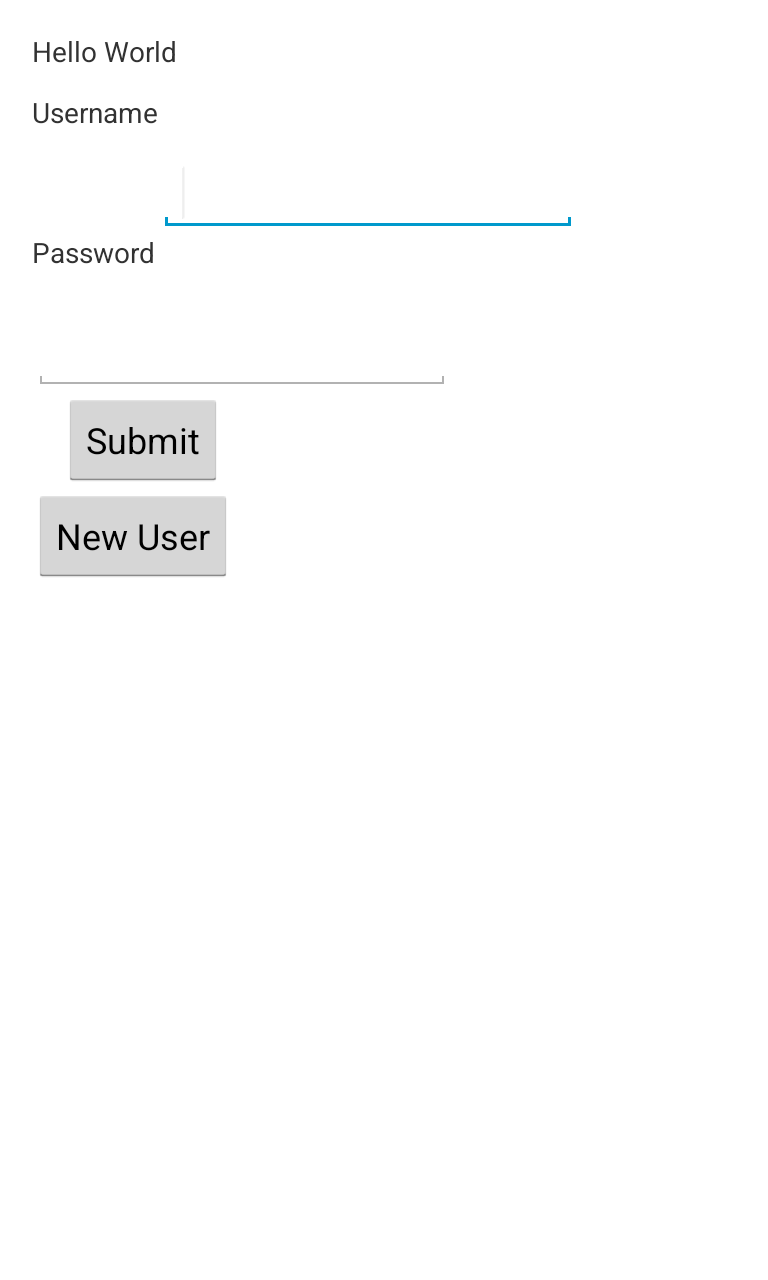
Repository: sbobra/women-startupweekend-sf
Layout: LaundryList/res/layout/activity_login.xml
An editor plug-in stored every save of this project. The layout is shown before and after a run of saves, followed by the edit.
It is drawn on a 768 x 1280 px phone screen (xhdpi) without system bars, with theme AppTheme; the app's code is not run.

Above is the layout before, as saved 2013-09-15 01:15:57.

### LaundryList/res/layout/activity_login.xml
<LinearLayout xmlns:android="http://schemas.android.com/apk/res/android"
    xmlns:tools="http://schemas.android.com/tools"
    android:layout_width="match_parent"
    android:layout_height="match_parent"
    android:orientation="vertical"
    android:paddingBottom="@dimen/activity_vertical_margin"
    android:paddingLeft="@dimen/activity_horizontal_margin"
    android:paddingRight="@dimen/activity_horizontal_margin"
    android:paddingTop="@dimen/activity_vertical_margin"
    tools:context=".LoginActivity" >

    <TextView
        android:id="@+id/textView1"
        android:layout_width="wrap_content"
        android:layout_height="wrap_content"
        android:text="@string/hello_world" />

    <LinearLayout
        android:layout_width="wrap_content"
        android:layout_height="wrap_content"
        android:orientation="horizontal" >

        <TextView
            android:id="@+id/textView2"
            android:layout_width="wrap_content"
            android:layout_height="wrap_content"
            android:text="Username" />

        <EditText
            android:id="@+id/usernameTextBox"
            android:layout_width="wrap_content"
            android:layout_height="wrap_content"
            android:layout_marginTop="42dp"
            android:ems="10"
            android:inputType="textEmailAddress" >

            <requestFocus />
        </EditText>
    </LinearLayout>

    <TextView
        android:id="@+id/textView3"
        android:layout_width="wrap_content"
        android:layout_height="wrap_content"
        android:text="Password" />

    <EditText
        android:id="@+id/passwordTextBox"
        android:layout_width="wrap_content"
        android:layout_height="wrap_content"
        android:layout_marginTop="21dp"
        android:ems="10"
        android:inputType="textPassword" />

    <Button
        android:id="@+id/loginButton"
        android:layout_width="wrap_content"
        android:layout_height="wrap_content"
        android:layout_marginLeft="15dp"
        android:text="Submit" />

    <Button
        android:id="@+id/newAcctButton"
        android:layout_width="wrap_content"
        android:layout_height="wrap_content"
        android:text="New User" />

</LinearLayout>

### LaundryList/res/values/strings.xml
<!--
  Copyright 2012 The Android Open Source Project

  Licensed under the Apache License, Version 2.0 (the "License");
  you may not use this file except in compliance with the License.
  You may obtain a copy of the License at

      http://www.apache.org/licenses/LICENSE-2.0

  Unless required by applicable law or agreed to in writing, software
  distributed under the License is distributed on an "AS IS" BASIS,
  WITHOUT WARRANTIES OR CONDITIONS OF ANY KIND, either express or implied.
  See the License for the specific language governing permissions and
  limitations under the License.
-->

<resources xmlns:xliff="urn:oasis:names:tc:xliff:document:1.2">

    <string name="hello_world">Hello World</string>
    <!-- Titles -->
    <string name="app_name">Animations Demo</string>
    <string name="title_crossfade">Simple Crossfade</string>
    <string name="title_card_flip">Card Flip</string>
    <string name="title_screen_slide">Screen Slide</string>
    <string name="title_zoom">Zoom</string>
    <string name="title_layout_changes">Layout Changes</string>
    <string name="title_template_step">Page <xliff:g id="step_number">%1$d</xliff:g>: Lorem
        Ipsum</string>
    <string name="title_template_explore">EXPLORE</string>
    <string name="title_template_home">HOME</string>
    <string name="title_template_goal">NEW GOAL</string>

    <!-- Actions -->
    <string name="action_toggle">Toggle indicator</string>
    <string name="action_add_item">Add item</string>
    <string name="action_remove_item">Remove item</string>
    <string name="action_previous">Previous</string>
    <string name="action_next">Next</string>
    <string name="action_finish">Finish</string>
    <string name="action_info">Photo info</string>
    <string name="action_photo">View photo</string>

    <!-- Messages -->
    <string name="message_empty_layout_changes">Add an item above to get started.</string>
    <string name="message_zoom_touch_expand">Touch a photo to expand it.</string>

    <!-- Accessibility-only descriptions -->
    <string name="description_image_1">Image 1</string>
    <string name="description_image_2">Image 2</string>
    <string name="description_zoom_touch_close">Expanded image (touch to close)</string>

    <!-- Other strings -->
    <string name="card_back_title">Angry Red Android</string>
    <string name="card_back_description"><![CDATA[Lorem ipsum dolor sit]]></string>
    <string name="lorem_ipsum"><![CDATA[Lorem ipsum dolor sit amet, consectetur adipiscing elit. Mauris et magna ut erat elementum cursus in quis ipsum. Nam faucibus ultrices eros, vel tempor leo semper sit amet. Duis magna quam, congue vitae interdum nec, condimentum ut lectus. Sed commodo venenatis eros a dignissim. Nunc adipiscing turpis nec magna venenatis at ultricies ipsum bibendum. Sed volutpat urna quis nisi vulputate egestas. Etiam eu dui a enim lacinia dapibus. Pellentesque habitant morbi tristique senectus et netus et malesuada fames ac turpis egestas.\n\nPhasellus orci mi, eleifend nec congue id, volutpat at neque. Cum sociis natoque penatibus et magnis dis parturient montes, nascetur ridiculus mus. Integer semper velit vel leo rutrum sed fermentum elit porta.]]></string>

</resources>

Loaded but not shown: LaundryList/res/values/styles.xml (common file); LaundryList/res/values-v11/styles.xml (common file); LaundryList/res/values-v14/styles.xml (common file); LaundryList/res/values/dimens.xml (common file)

After the next 2 saves:
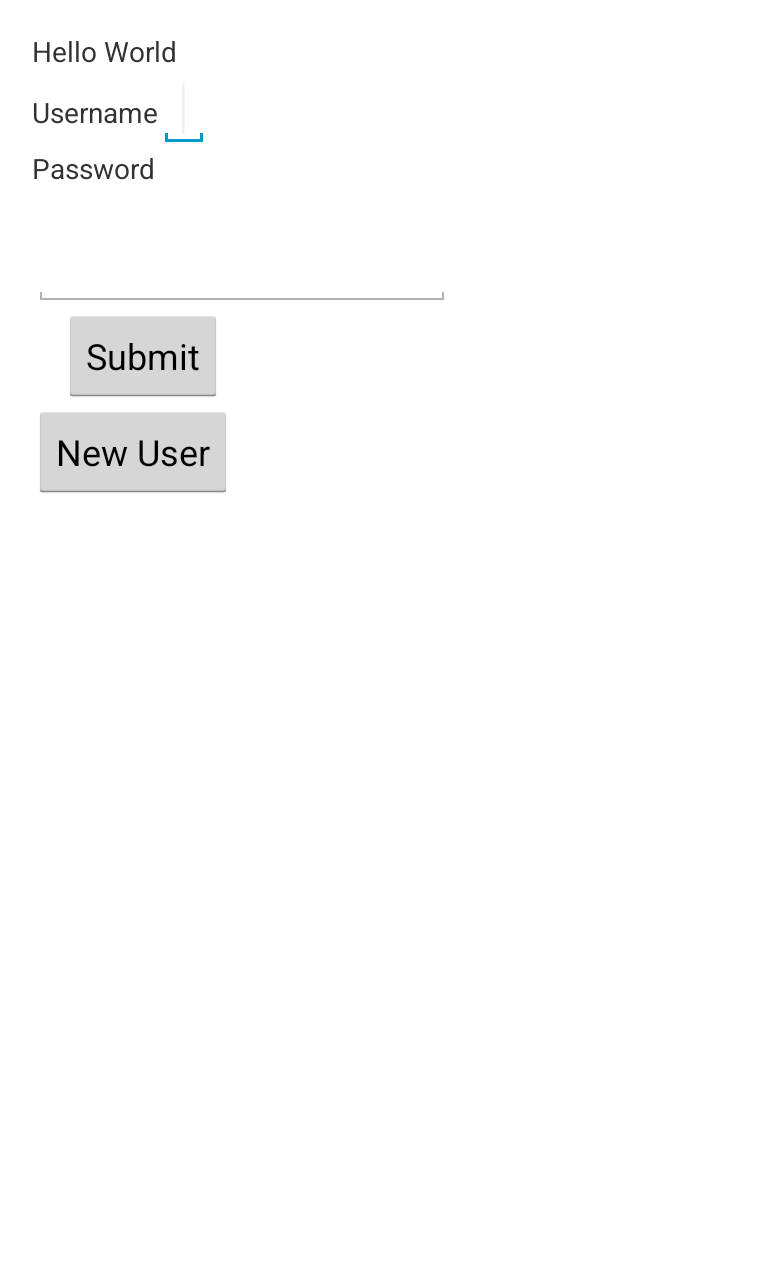
The 2 saves are shown as one change because they came seconds apart.
The last was saved 14 s later.
--- a/LaundryList/res/layout/activity_login.xml
+++ b/LaundryList/res/layout/activity_login.xml
@@ -30,8 +30,6 @@
             android:id="@+id/usernameTextBox"
             android:layout_width="wrap_content"
             android:layout_height="wrap_content"
-            android:layout_marginTop="42dp"
-            android:ems="10"
             android:inputType="textEmailAddress" >
 
             <requestFocus />
